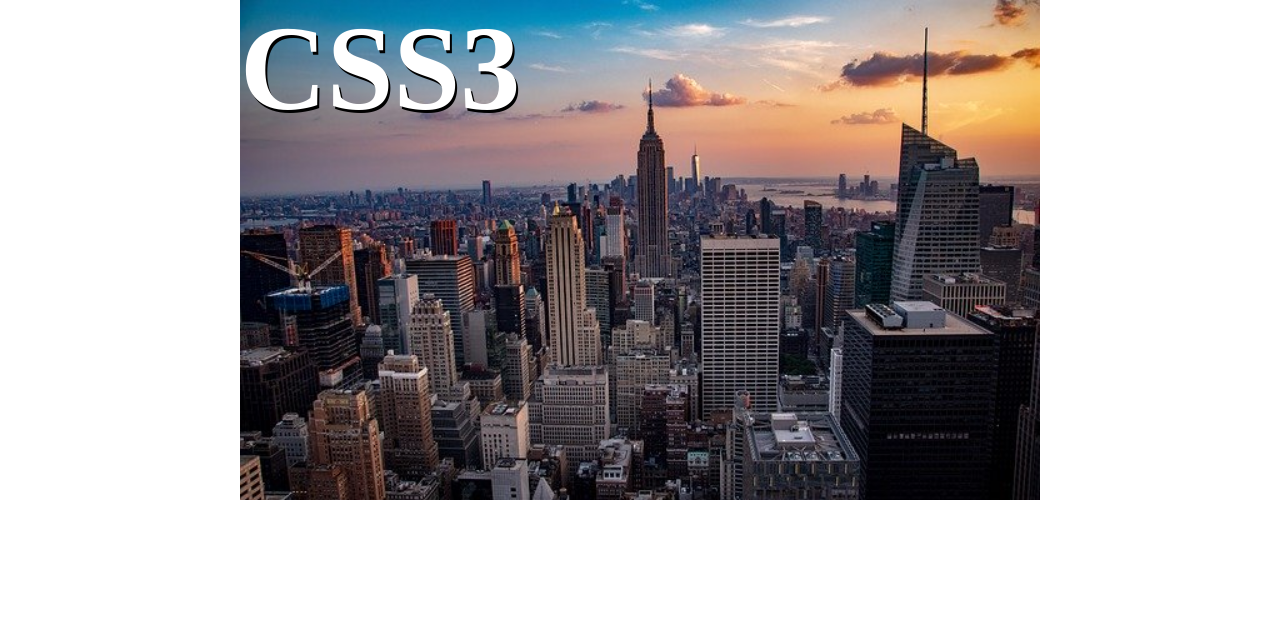
Repository: topyoungil/CodeMemories-ByJake
Page: HTML_CSS/WebContent/test/1003_css/position-2.html
The author's editor kept a copy of each file at every save. The page is drawn from the files as they stood at one save, then again after the next save.
The browser window is 1280 px wide. The pictures show the whole page.

Above is the page before, as saved 2022-10-03 06:53:30.

### HTML_CSS/WebContent/test/1003_css/position-2.html
<!DOCTYPE html>
<html>
<head>
<meta charset="UTF-8">
<title>Insert title here</title>
<style>
	* {
		box-sizing: border-box;
		margin: 0;
		padding: 0;
	}

	#contents {
		background: url("../images/bg.jpg") no-repeat;
		background-size: cover;
		width: 800px;
		height: 500px;
		margin: 0 auto;
	}

	h1 {
		color: #fff;
		font-size: 120px;
		text-shadow: 2px 3px 0 #000;
	}
</style>
</head>
<body>
	<div id="contents">
		<h1>CSS3</h1>
	</div>
</body>
</html>

After the next save:
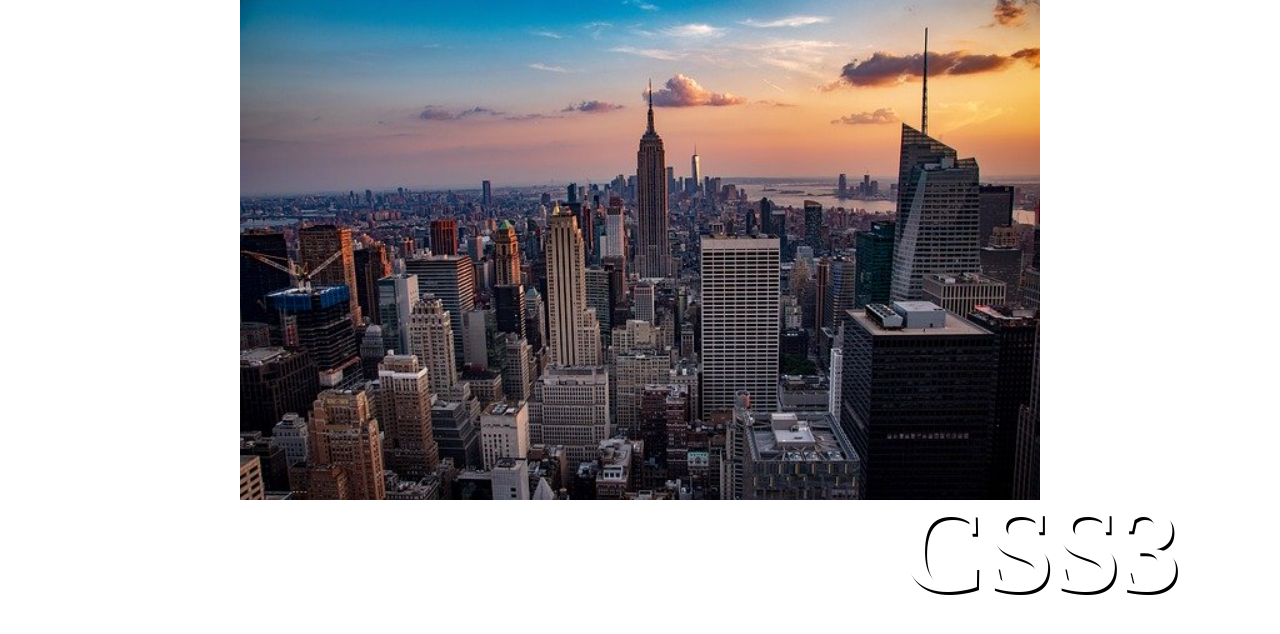
Saved 2 min 5 s later.
--- a/HTML_CSS/WebContent/test/1003_css/position-2.html
+++ b/HTML_CSS/WebContent/test/1003_css/position-2.html
@@ -22,6 +22,9 @@
 		color: #fff;
 		font-size: 120px;
 		text-shadow: 2px 3px 0 #000;
+		position: absolute;
+		right: 100px;
+		bottom: 100px;
 	}
 </style>
 </head>
